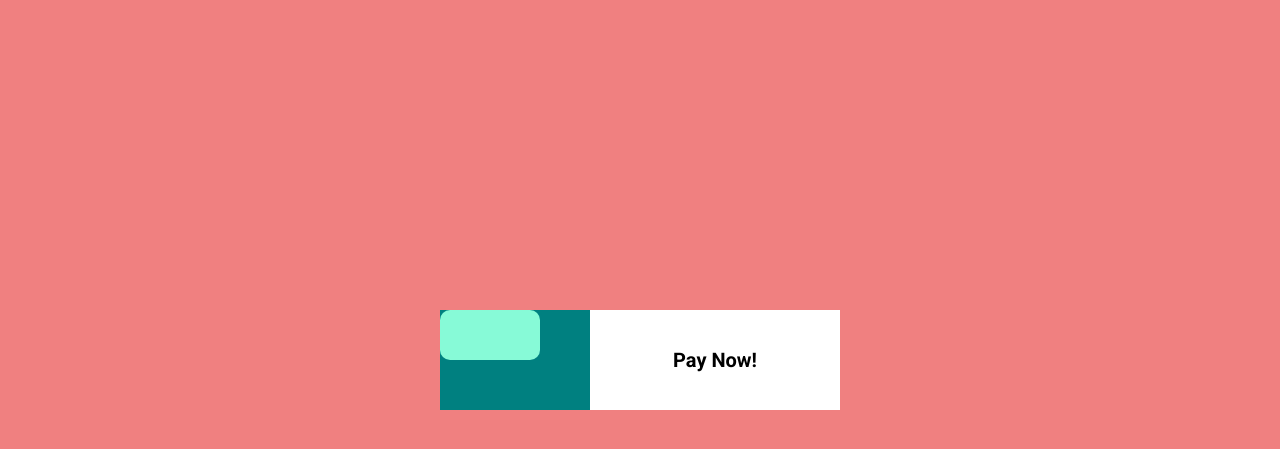
Repository: safak/animation
Page: index.html
These files come from the project's save history. The page is drawn as it stood at one moment and after a run of saves; the edit follows.
The browser window is 1280 px wide. The pictures show the whole page.

Above is the page before, as saved 2020-12-19 00:51:00.

After the next 2 saves:
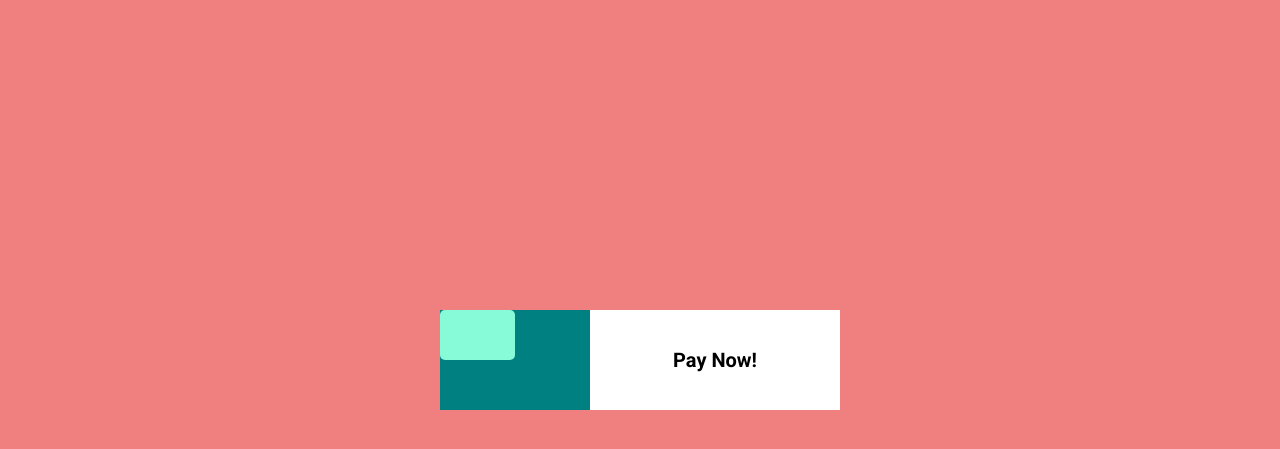
The 2 saves are shown as one change because they came seconds apart.
The last was saved 30 s later.
--- a/style.css
+++ b/style.css
@@ -29,10 +29,10 @@ body {
 }
 
 .card{
-  width: 100px;
+  width: 75px;
   height: 50px;
   background-color: rgb(135, 250, 215);
-  border-radius: 10px;
+  border-radius: 5px;
 }
 
 
